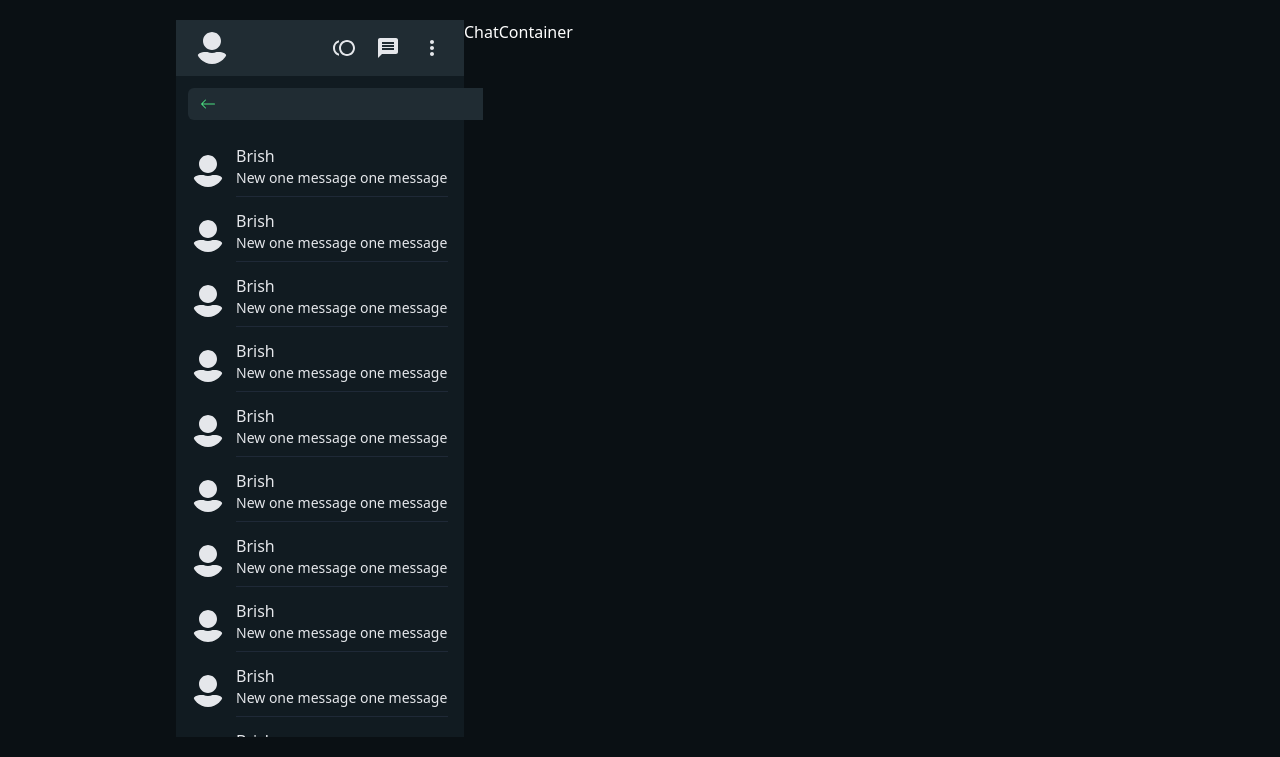
Repository: satya-ranjon/whatsapp-clone-dev
Page: /
These files come from the project's save history. The page is drawn as it stood at one moment and after the next save; the edit follows.
The browser window is 1280 px wide. The pictures show the whole page.
The project was rebuilt for these pictures with package versions that can differ from the ones it lists, and the page was loaded fresh each time.

Above is the page before, as saved 2022-04-09 07:32:50.

### src/index.js
import * as ReactDOMClient from "react-dom/client";
import { BrowserRouter } from "react-router-dom";
import App from "./App";
import "./index.css";

const root = ReactDOMClient.createRoot(document.getElementById("root"));
root.render(
  <BrowserRouter>
    <App />
  </BrowserRouter>
);

### src/App.js
import ChatContainer from "./Components/ChatContainer";
import SideBar from "./Components/SideBar";

function App() {
  return (
    <div className="lg:p-5 lg:px-44 bg-[#0a1014] flex">
      <SideBar />
      <ChatContainer />
    </div>
  );
}

export default App;

### src/index.css
@tailwind base;
@tailwind components;
@tailwind utilities;

.hoverEf {
  overflow: hidden;
  right: -100%;
  transition: all 0.4s;
}

.hoverbtn:hover .hoverEf {
  right: -0%;
}

### src/Components/ChatContainer.jsx
import React from "react";

export default function ChatContainer() {
  return <div className="text-white">ChatContainer</div>;
}

### src/Components/SideBar.jsx
import React from "react";
import { MdToll, MdMoreVert, MdMessage } from "react-icons/md";
import { FaUserAlt } from "react-icons/fa";
import SideBarUseList from "./SideBarUseList";

export default function SideBar() {
  return (
    <div className="w-72">
      <div className="flex justify-between font-semibold text-2xl px-5 py-3 bg-[#202c33] text-gray-200">
        <div>
          <FaUserAlt className="rounded-full w-8 h-8" />
          {/* <img
            className="rounded-full w-8 h-8 "
            src="https://images.pexels.com/photos/220453/pexels-photo-220453.jpeg?cs=srgb&dl=pexels-pixabay-220453.jpg&fm=jpg"
            alt=""
          /> */}
        </div>
        <div className="flex justify-between space-x-5 cursor-pointer my-auto">
          <MdToll />
          <MdMessage />
          <MdMoreVert />
        </div>
      </div>
      <SideBarUseList />
    </div>
  );
}

### src/Components/SideBarUseList.jsx
import React, { useState } from "react";
import { FaUserAlt } from "react-icons/fa";
import { BsChevronDown, BsArrowLeft } from "react-icons/bs";
import { AiOutlineSearch } from "react-icons/ai";

const array = [
  1, 1, 1, 1, 1, 1, 1, 1, 1, 1, 1, 1, 1, 1, 1, 1, 1, 1, 1, 1, 1, 1, 1, 1, 1, 1,
  1, 1, 1, 1, 1, 1, 1, 1, 1, 1, 1, 1, 1, 1, 1, 1, 1, 1, 1, 1, 1, 1, 1, 1, 1, 1,
  1, 1, 1, 1, 1, 1, 1, 1, 1, 1, 1, 1, 1, 1, 1, 1, 1,
];

export default function SideBarUseList() {
  const [toogle, setToogle] = useState(true);

  return (
    <>
      <div className="bg-[#111b21] flex justify-center p-3">
        <div
          className="pl-14 rounded-md w-full bg-[#202c33] relative"
          onClick={() => setToogle(true)}
          onMouseOut={() => setToogle(false)}
        >
          <input
            type="text"
            id="search"
            className="bg-[#202c33]  p-1 outline-none text-gray-300  "
          />
          <label
            htmlFor="search"
            className="absolute left-3 bottom-2 text-gray-300 my-auto"
          >
            {(toogle && (
              <BsArrowLeft className="text-green-400 font-semibold" />
            )) || <AiOutlineSearch />}
          </label>
        </div>
      </div>
      <div className="bg-[#111b21] overflow-y-scroll scroll-my-1 h-[88vh] lg:h-[84vh] scrollbar scrollbar-thumb-gray-400 scrollbar-thin text-gray-200 duration-500 transition-all">
        {array.map((i, index) => (
          <div
            key={index}
            className="px-4 py-3 pb-0 flex justify-start hover:bg-[#2a394294] cursor-pointer duration-500 transition-all relative hoverbtn overflow-hidden"
          >
            <div className="my-auto">
              <FaUserAlt className="w-8 h-8 rounded-full" />
            </div>
            <div className="flex flex-col my-auto w-full ml-3 border-b-[1px] border-b-gray-800 pb-2">
              <p>Brish</p>
              <p className="text-sm">New one message one message</p>
            </div>

            <div className=" absolute px-5 bg-[#2a3942a8] bottom-2 text-xl hoverEf">
              <BsChevronDown />
            </div>
          </div>
        ))}
      </div>
    </>
  );
}

### tailwind.config.js
module.exports = {
  content: ["./src/**/*.{js,jsx,ts,tsx}"],
  theme: {
    extend: {},
  },
  plugins: [require("tailwind-scrollbar")],
};

### src/Components/ChatHeader.jsx
import React from "react";
import { MdToll, MdMoreVert, MdMessage } from "react-icons/md";
import { FaUserAlt } from "react-icons/fa";

export default function ChatHeader() {
  return (
    <div className="flex justify-between font-semibold text-2xl px-5 py-3 bg-[#202c33] text-gray-200">
      <div>
        <FaUserAlt className="rounded-full w-8 h-8" />
        {/* <img
            className="rounded-full w-8 h-8 "
            src="https://images.pexels.com/photos/220453/pexels-photo-220453.jpeg?cs=srgb&dl=pexels-pixabay-220453.jpg&fm=jpg"
            alt=""
          /> */}
      </div>
      <div className="flex justify-between space-x-5 cursor-pointer my-auto">
        <MdToll />
        <MdMessage />
        <MdMoreVert />
      </div>
    </div>
  );
}

Loaded but not shown: public/index.html (common file)

After the next save:
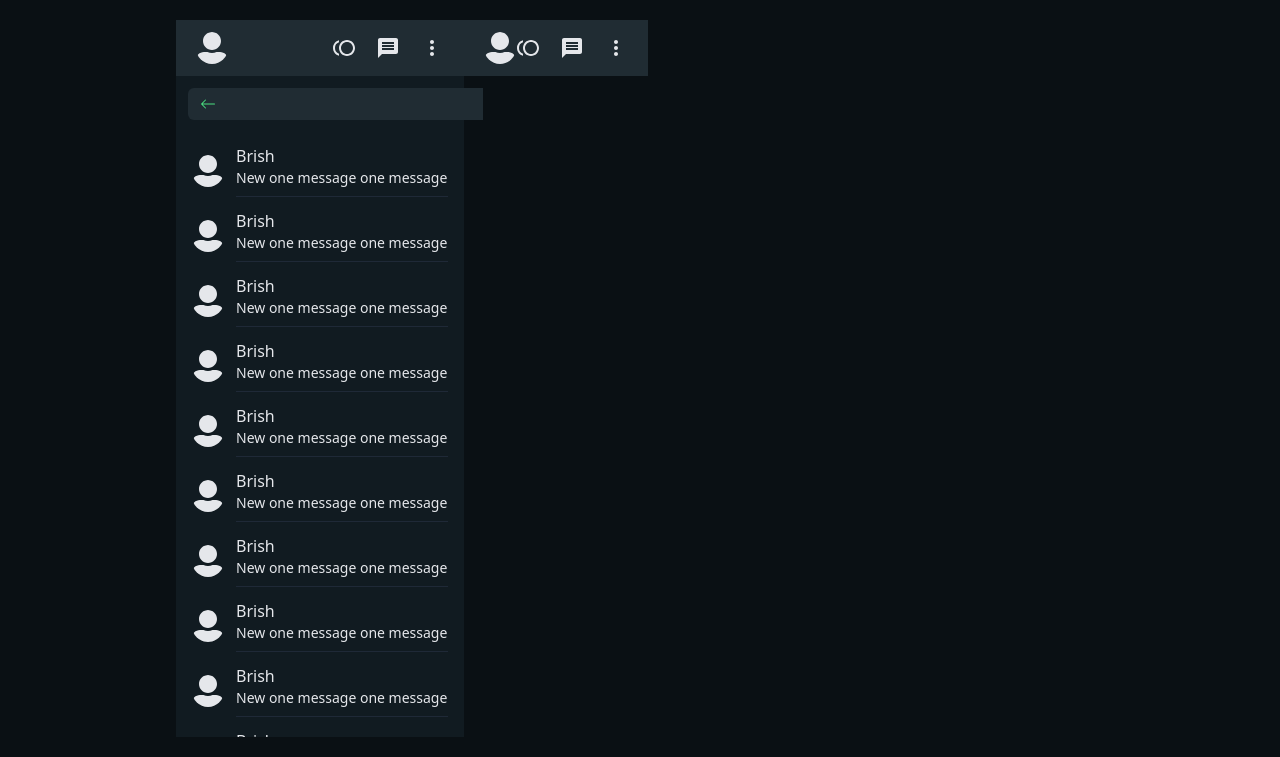
Saved 10 s later.
--- a/src/Components/ChatContainer.jsx
+++ b/src/Components/ChatContainer.jsx
@@ -1,5 +1,10 @@
 import React from "react";
+import ChatHeader from "./ChatHeader";
 
 export default function ChatContainer() {
-  return <div className="text-white">ChatContainer</div>;
+  return (
+    <div className="text-white">
+      <ChatHeader />
+    </div>
+  );
 }
